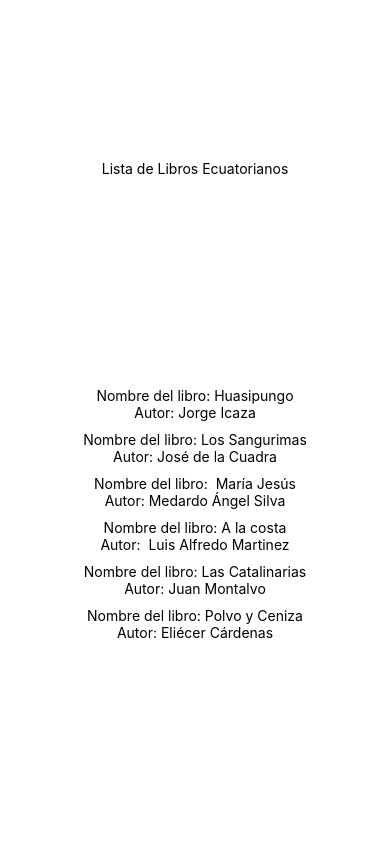
Repository: Henrybaio24/app-lista-libros
Screen: /
An editor plug-in stored every save of this project. The screen is shown before and after the next save, followed by the edit.
The app was drawn by React Native's web renderer in a window 390 px wide. The project was rebuilt for these pictures with package versions that can differ from the ones it lists, and the page was loaded fresh each time.

Above is the screen before, as saved 2020-02-03 20:18:43.

After the next save:
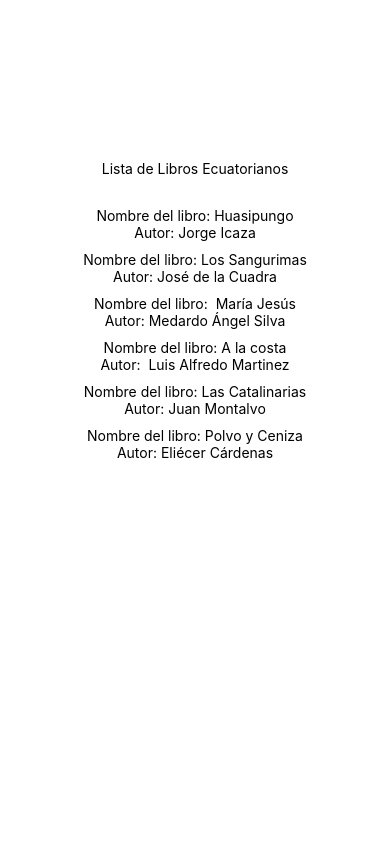
Saved 18 s later.
--- a/App.js
+++ b/App.js
@@ -44,7 +44,7 @@ const styles = StyleSheet.create({
     justifyContent: 'center',
   },
   lista: {
-    paddingTop: 200,
+    paddingTop: 20,
   },
   titulo:{
     paddingTop: 150
